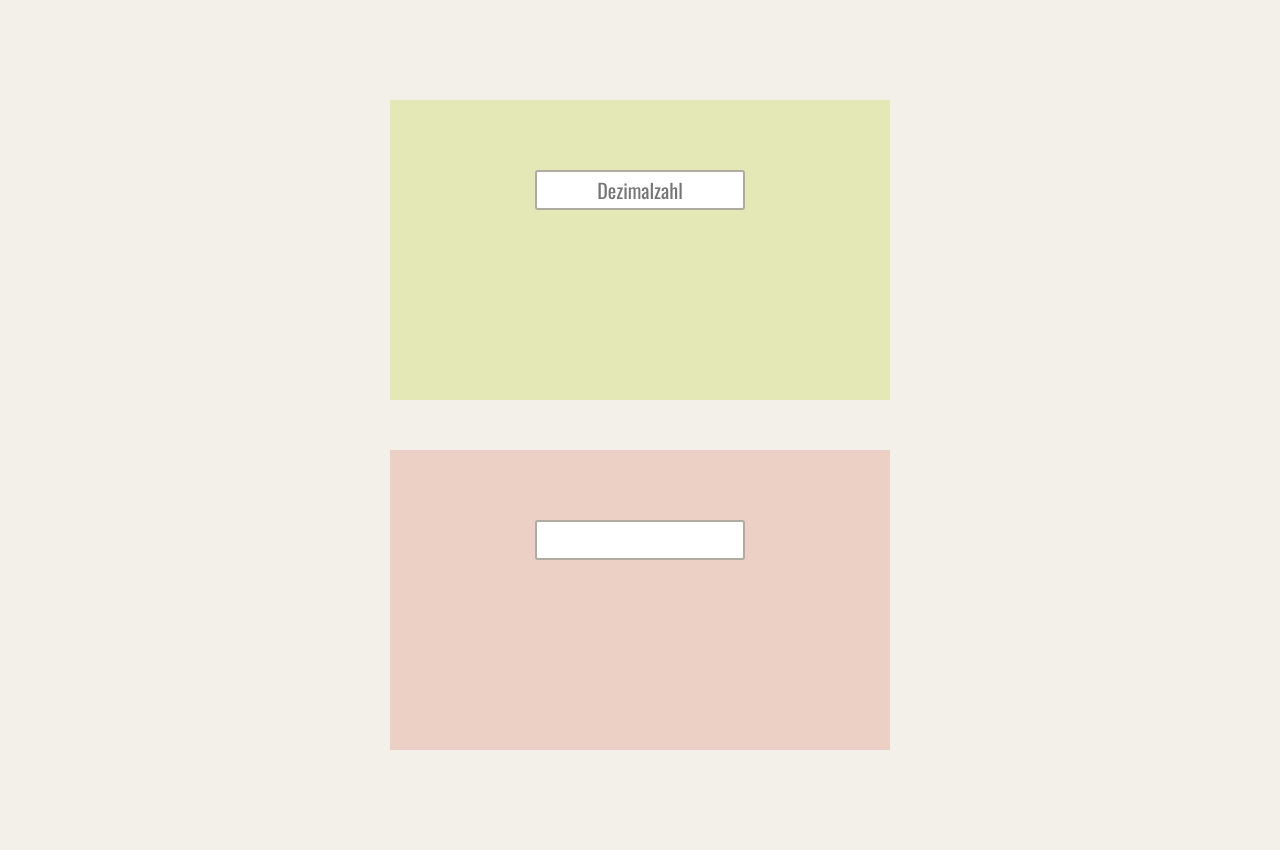
Repository: NadiaSchmitz/dual_dezimal.githab.io
Page: index.html
The author's editor kept a record of every edit. The page is drawn from the files as they stood at one moment, then again after the next edit.
The browser window is 1280 px wide. The pictures show the whole page.

Above is the page before.

After the next edit:
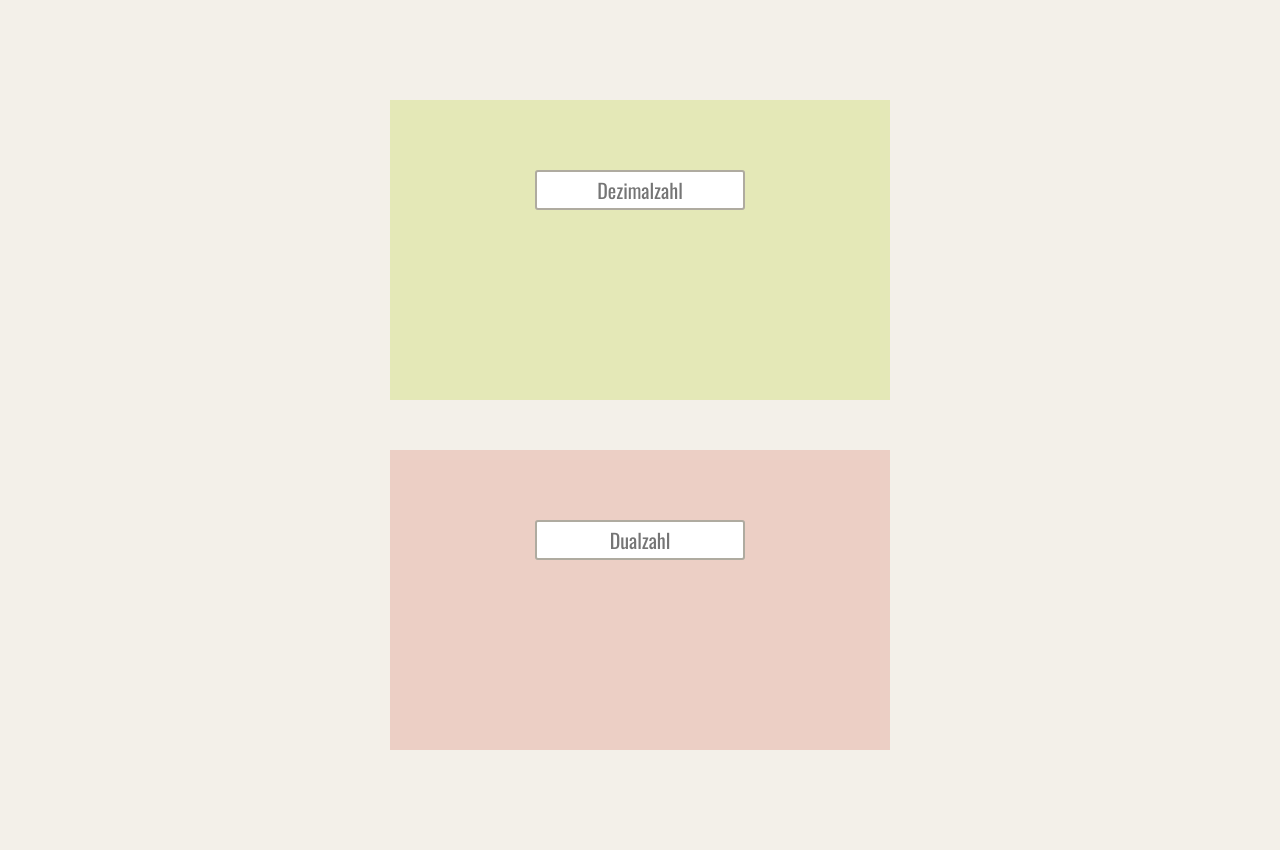
The edit:
--- a/index.html
+++ b/index.html
@@ -24,8 +24,8 @@
 
     <div class="inner_wrapper">
       <div>
-        <input type="number" name="dezimal" id="dezimal_1"/>
-        <p id="dual_1"></p>
+        <input type="number" name="dual_1" id="dual_1" placeholder="Dualzahl"/>
+        <p id="dezimal_1"></p>
       </div>
     </div>
   </section>
